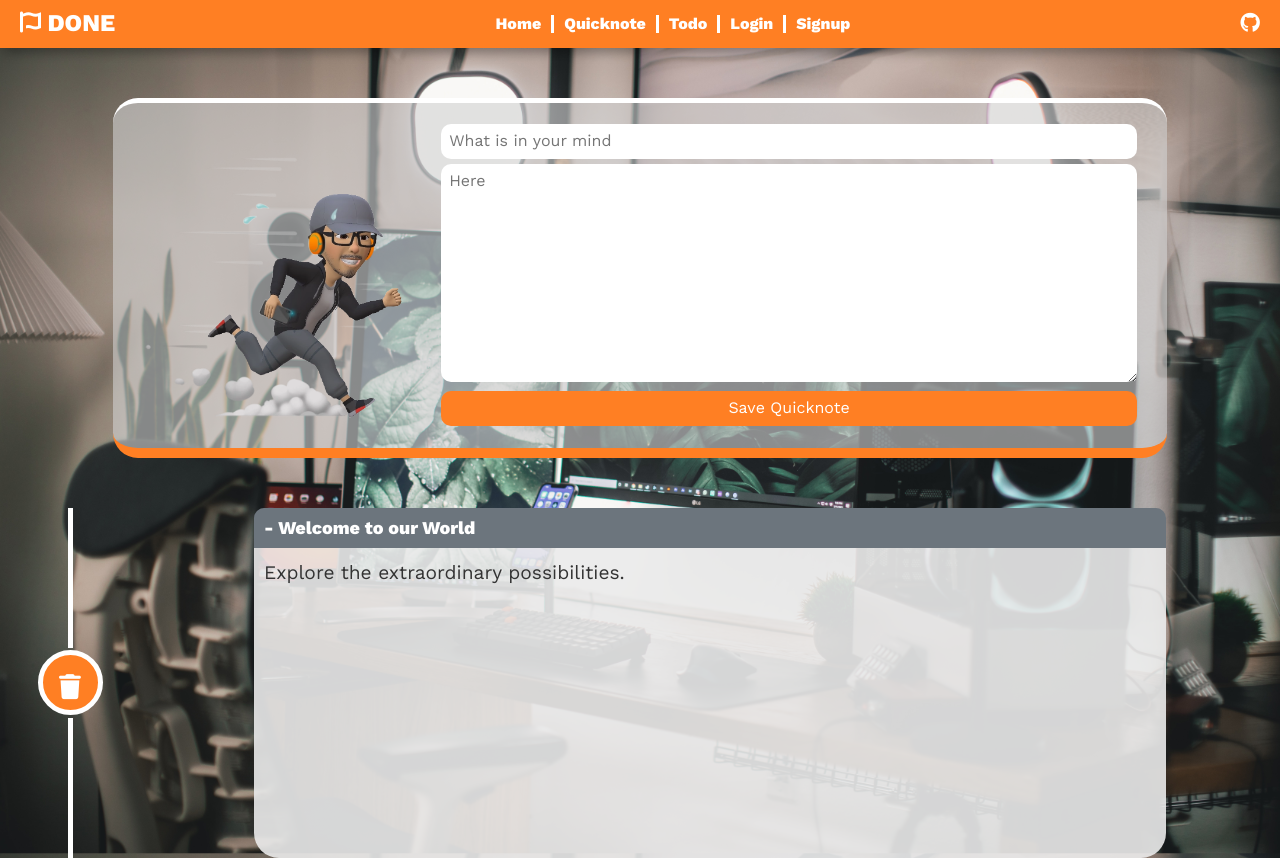
Repository: OmarEssameldinMousa/DONE
Page: quicknote.html
These files come from the project's save history. The page is drawn as it stood at one moment and after the next save; the edit follows.
The browser window is 1280 px wide. The pictures show the whole page.
The pointer rests on the first visible `.ch_`.
Backgrounds fixed to the window are drawn as part of the page. Some web fonts or font styles are not loaded; a fallback is used.

Above is the page before, as saved 2023-12-18 02:48:23.

### quicknote.html
<!DOCTYPE html>
<html lang="en">

<head>
    <meta charset="UTF-8">
    <meta http-equiv="X-UA-Compatible" content="IE=edge">
    <meta name="viewport" content="width=device-width, initial-scale=1.0">
    <title>My Challenges</title>
    <!-- Render All Elements Normally -->
    <link rel="stylesheet" href="css/normalize.css">
    <!-- Font Awesome Library -->
    <link rel="stylesheet" href="css/all.min.css">
    <!-- Main Template CSS File -->
    <link rel="stylesheet" href="CSS/styles.css">
    <link rel="stylesheet" href="css/challenges.css">
    <!-- Google Fonts -->
    <link rel="preconnect" href="https://fonts.googleapis.com">
    <link rel="preconnect" href="https://fonts.gstatic.com" crossorigin>
    <link
        href="https://fonts.googleapis.com/css2?family=Kablammo&family=VT323&family=Work+Sans:wght@200;300;400;500;600;800&display=swap"
        rel="stylesheet">
    <link rel="preconnect" href="https://fonts.googleapis.com" />
    <link rel="preconnect" href="https://fonts.gstatic.com" crossorigin />
    <link href="https://fonts.googleapis.com/css2?family=Cairo:wght@300;400;700&display=swap" rel="stylesheet" />
</head>

<body>
    <header>
        <nav>
            <!-- Logo with Font Awesome Icon -->
            <div class="logo">
                <i class="fab fa-font-awesome-flag"></i> DONE
            </div>

            <!-- Left-side Navigation Links -->
            <ul class="navlist">
                <li><a href="index.html">Home</a></li>
                <li><a href="quicknote.html">Quicknote</a></li>
                <li><a href="mytasks.html">Todo</a></li>
                <li><a href="#">Login</a></li>
                <li><a href="#">Signup</a></li>
            </ul>

            <!-- Right-side GitHub Icon -->
            <div class="github-icon">
                <a rel="" href="https://github.com/yourusername" target="_blank">
                    <i class="fab fa-github" style="color: white;"></i>
                </a>
            </div>
        </nav>
    </header>

    <div class="addnote">
        <div class="ch_" style="margin: 0px;
        height: auto;">
            <div class="container1 container1addnote">
                <img src="images/omar4.png" alt="">
                <div class="inputfield">
                    <div class="inputtitle">
                        <input type="text" name="title" id="notetitle" placeholder="What is in your mind">
                    </div>
                    <div class="inputnote">
                        <textarea name="notedata" id="notedata" placeholder="Here" rows="11"></textarea>
                    </div>
                    <input type="button" value="Save Quicknote">
                </div>
            </div>
        </div>
    </div>

    <div class="Challenges-website">

        <div class="bar">
            <div class="repated-line-circle">
                <div class="line-circle">
                    <div class="upper-line">
                    </div>
                    <a href="" target="_self">
                        <div class="circle">
                            <p><i class="fa-solid fa-trash" style="font-size: 25px;"></i></p>
                        </div>
                    </a>
                    <div class="lower-line"></div>
                </div>
            </div>

        </div>

        <div class="challenges">
            <div class="ch_">
                <div class="container1">
                    <h6 class="custom-heading">- Welcome to our World</h6>
                    <p class="custom-paragraph">Explore the extraordinary possibilities.</p>
                </div>
            </div>
        </div>

    </div>



</body>

</html>

### CSS/styles.css
/* Start Variables */
:root{
    --main-color: rgba(235, 235, 235, 0.6);
    --secondery-color: #ff7f23;
    --third-color:#333;
    --fourth-color: #6c757d;
}
/* End Variables */
/* Special Heading */
.special-heading{
    color: #ebeced;
    font-size: 100px;
    text-align: center;
    font-weight: 800;
    letter-spacing: -3px;
    margin: 0;

}
.special-heading + p{
    margin-top: -30px;
    text-align: center;
    font-size: 20px;
    color: #797979;
}
/* End Special Heading */
/* Start Global Rules */
*{
    -webkit-box-sizing: border-box;
    -moz-box-sizing: border-box;
    box-sizing: border-box;
}

body{

    font-family: 'Kablammo', cursive;
    font-family: 'Work Sans', sans-serif;
    background-color: #797979;

}

.container{
    padding-left: 15px;
    padding-right: 15px;
    margin-left: auto;
    margin-right: auto;
    background-color: #fff;
    margin: auto;
    width: 600px;
}

/*very small screens*/
@media (max-width: 767px){
    .container{
        .special-heading{
            font-size: 60px;
        }
        .special-heading + p{
            margin-top: -20px;
        }

        .landing{
            flex-direction: column;
            text-align: center;
        }
    }
    .navlist{
        display: none;
    }


}
/*small screens*/
@media (min-width: 768px){
    .container{
        width: 750px;
    }
}
/*Medium screens*/
@media (min-width: 992px){
    .container{
        width: 970px;
    }
}
/*Large screens*/
@media (min-width: 1200px){
    .container{
        width: 1170px;
    }
}
/* End Global Rules */


html{
    scroll-behavior: smooth;
}
/* navigation bar */

nav {
    background-color:  var(--secondery-color);
    color: white;
    display: flex;
    align-items: center;
    justify-content: space-between;
    padding: 10px 20px;
    box-shadow: 5px 5px 10px rgba(0, 0, 0, 0.3);
}
nav ul {
    list-style: none;
    margin: 0;
    padding: 0;
    display: flex;
}
nav ul li {
    margin-right: 10px;
    font-weight: bold;

}
nav ul li:not(:last-child) {
    border-right: solid 3px white;
    padding-right: 10px;
}
nav ul li a {
    text-decoration: none;
    color: white;
    transition: 0.3s;
}
nav ul li a:hover {
    color: var(--main-color); /* Change color on hover */
}
.logo {
    font-size: 24px;
    font-weight: bold;
}
.github-icon {
    font-size: 20px;
    color: white;
}

.heading{
    display: flex;
    align-items: center;
    justify-content: center;
    margin-top: 50px;
    height: auto;
}

.landing{
    width: 100%;

    background-color: none;
    display: flex;
    flex-direction: row;

}

.landing h1{
    color: var(--secondery-color);
    font-size: 50px;
    font-weight: 900;
    padding: 30px;
}
.landing p{
    font-size: 20px;
}
.landing .logoimage img{
    width: 400px;
    position: relative;
    animation: topdown 2s ease-in-out infinite;
}

.landing .landingtext .buttons{
    margin: 30px;
    top: 150px;
}
@keyframes topdown {
    0%, 100% {
        top: 0; /* Starting and ending position (top) */
    }
    50% {
        top: 5px; /* Middle position (top) */
    }
}


.explore{
    height: auto;
    text-align: center;
    display: block;
    padding: 10px;
    transition: 0.3s;
    width: min-content;
    margin: 30px auto ;
}
.explore a,
.explore h1{
    color: var(--secondery-color);
    font-weight: 900;
    transform: 0.3s;
    text-decoration: none;
}

.landing .logoimage{
    position: relative;
}
.explore a:hover,
.explore:hover{
    background-color:var(--secondery-color);
    border-radius: 20px;
    color: #ebeced;
    cursor: pointer;
}



/* to do demo */
.tododemo{
    height: 100vh;
    background-color: var(--secondery-color);
    box-shadow: rgba(0, 0, 0, 0.3) 0px -4px 20px 9px;

}

### CSS/challenges.css
* {
    -webkit-box-sizing: border-box;
    -moz-box-sizing: border-box;
    box-sizing: border-box;
    padding: 0;
    margin: 0;
}
a {
    text-decoration: none;
    color: black;
}
ul {
    list-style: none;
    margin: 0;
    padding: 0;
}
html {
    scroll-behavior: smooth;
}
body {
    /* background-image: linear-gradient(90deg, #ff7f23  , rgba(235, 235, 235, 0.6)  ); */
    background-image: url(../images/backgroundimage.jpg);
    background-size: cover;
    background-repeat: no-repeat;
    background-attachment: fixed;
}
@media (max-width: 767px){
    body{
        background-image: url(../images/ben-kolde-bs2Ba7t69mM-unsplash.jpg)
    }
    .bar{
        display: none;
    }
    /* .challenges .container1{
        width: 400px;
    }*/
    .ch_:hover .container1{
        width: calc(50%);
        height: 550px;
        background-color: rgba(211, 211, 211, 0.6);
    }
    .container1addnote{
        flex-direction: column;
    }

}
/*small screens*/
@media (min-width: 768px){
    /* .container1{
        width: 600px;
    } */
}
/*Medium screens*/
@media (min-width: 992px){
    /* .container1{
        width: 800px;
    } */
}
/*Large screens*/
@media (min-width: 1200px){
    /* .container1{
        width: 1000px;
    } */
}
.Challenges-website{
    display: flex;


}
/*start bar*/
.Challenges-website .bar{
    width: 140px;
    padding: 0 67.5px;
    height: auto;
}
.Challenges-website .bar .repated-line-circle{
    width: 5px;
    height: 100%;
}
.Challenges-website .bar .line-circle{
    display: flex;
    flex-direction: column;
    width: 100%;
    height: 100%;
    justify-content: space-between;
    align-items: center;
}
.Challenges-website .bar .line-circle .upper-line{
    width: 100%;
    height: 40%;
    background-color: white;

}
.Challenges-website .bar .line-circle .circle{
    width: 65px;
    height: 65px;
    background-color: #ff7f23;
    border-radius: 50%;
    text-align: center;
    position: relative;
    transition: 0.3s;
    border: 5px solid white;
}
.Challenges-website .bar:hover .circle{
    width: 110px;
    height: 110px;
    border-radius: 40%;

}
.Challenges-website .bar:hover .circle + p{
    font-size: 70px;
    color: white
}
.Challenges-website .bar .line-circle .circle p{
    position: absolute;
    left: 50%;
    top: 50%;
    transform: translate(-50%, -50%);
    font-size: 40px;
    color: white;
}
.line-circle .circle p a{
    text-decoration: none;
}
.Challenges-website .bar .line-circle .lower-line{
    width: 5px;
    height: 40%;
    background-color: white;
}
/*end bar*/
/* start challenges*/
.Challenges-website .challenges{
    display: flex;
    flex: 1;
    justify-content: center;
    background-color: transparent;
    flex-direction: column;
    height: auto;
}
.ch_{
    height: auto;
    padding-top: 0px;
    position: relative;
}

.container1{
    background-color: rgba(235, 235, 235, 0.897);
    width: 80%;
    height: 350px;
    margin: 0px auto;
    border-radius: 25px;
    border-width: 0;
    transition: 0.3s;
    position: relative;
}
.ch_:hover .container1{
    width: calc(80% + 30px);
    height: 360px;
    background-color: rgba(211, 211, 211, 0.6);
}


.container1addnote{
    border-bottom: #ff7f23 solid 10px;
    border-top: white solid 5px;
    margin: 50px auto;
    min-height: 300px;
    width: 80%;
    background-color: #6c757d;
    display: flex;
    align-items: center;
    /* Adjust spacing as needed */
    justify-content: center;
    padding: 30px;
    height: auto;
    /* Optional: To adjust the width of the container */
}

/* ---------------------------------------------------------------------------------------- */


.inputfield {
    display: flex;
    flex: 1;
    flex-direction: column;
    gap: 5px;
}

.inputtitle input,
.inputnote textarea,
input[type="button"] {
    width: 100%;
    padding: 8px;
    border: 0px solid #ccc;
    border-radius: 10px;
}
input[type="button"]{
    background-color: #ff7f23;
    color: white;
    cursor: pointer;
}
.inputtitle input:focus,
.inputnote textarea:focus{
    outline: none;
    padding: 10px;
}

img {
    max-width: 30%; /* Adjust the size of the image */
    height: auto;
}


/*        */

/* Styling for the custom heading */
.custom-heading {
    font-size: 2.5em; /* Adjust the font size as needed */
    color: white; /* Green color */
    background-color: #6c757d;
    border-top-left-radius: 10px;
    border-top-right-radius: 10px;
    text-align: left;
    padding: 10px;
    font-size: large;
}


.custom-paragraph {
    font-size: 1.2em;
    color: #333;
    text-align: justify;
    line-height: 1.6;
    margin-top: 10px;
    margin-left: 10px;

}

Loaded but not shown: CSS/normalize.css (library); CSS/all.min.css (library)

After the next save:
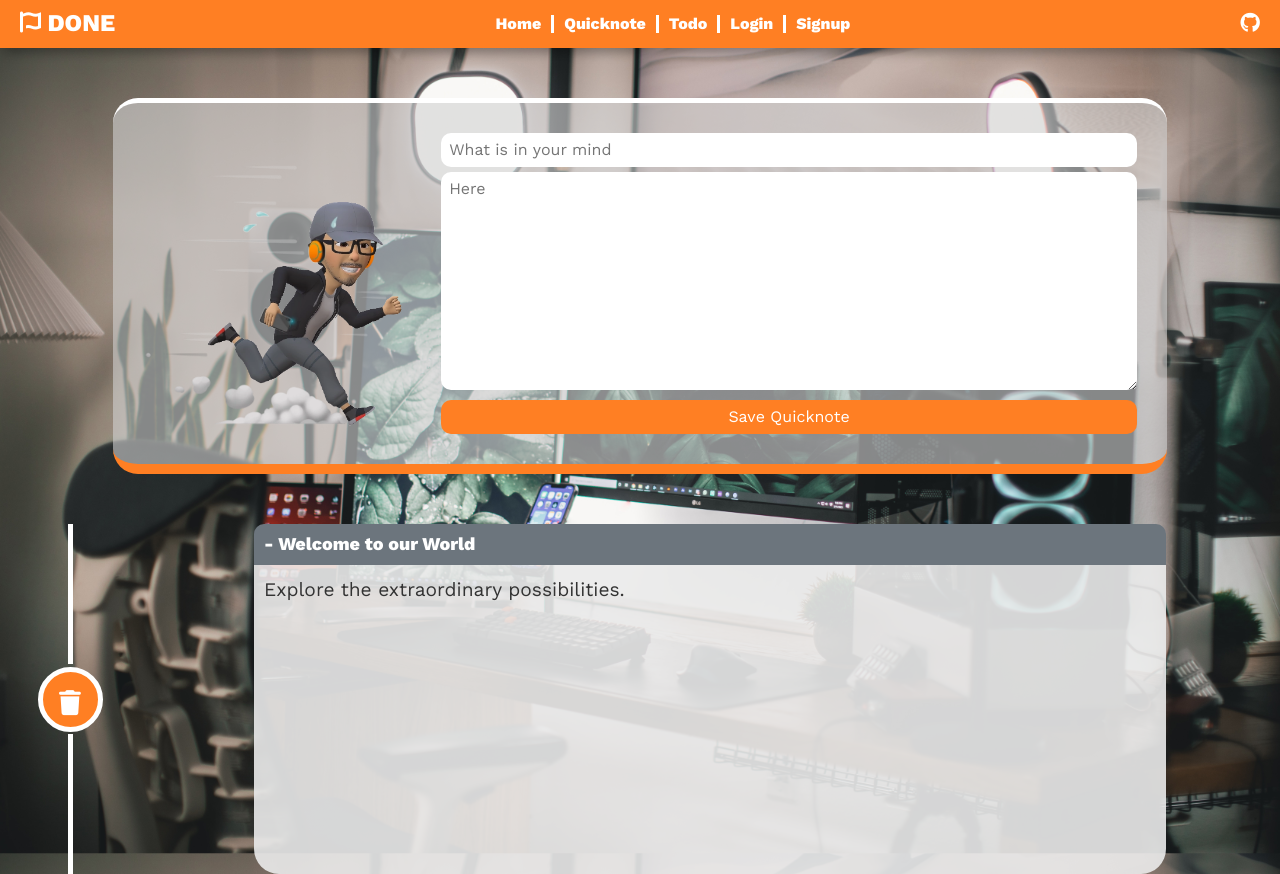
Saved 33 s later.
--- a/CSS/challenges.css
+++ b/CSS/challenges.css
@@ -155,7 +155,7 @@ body {
 }
 .ch_:hover .container1{
     width: calc(80% + 30px);
-    height: 360px;
+    min-height: 360px;
     background-color: rgba(211, 211, 211, 0.6);
 }
 
